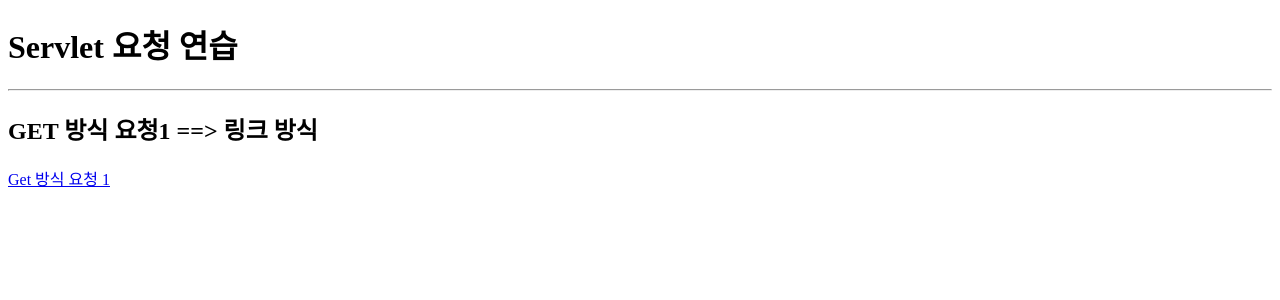
Repository: larlarru/HighJava_study2
Page: servletTest/WebContent/01/doBasicServlet.html
An editor plug-in stored every save of this project. The page is shown before and after the next save, followed by the edit.
The browser window is 1280 px wide. The pictures show the whole page.

Above is the page before, as saved 2020-11-25 07:44:41.

After the next save:
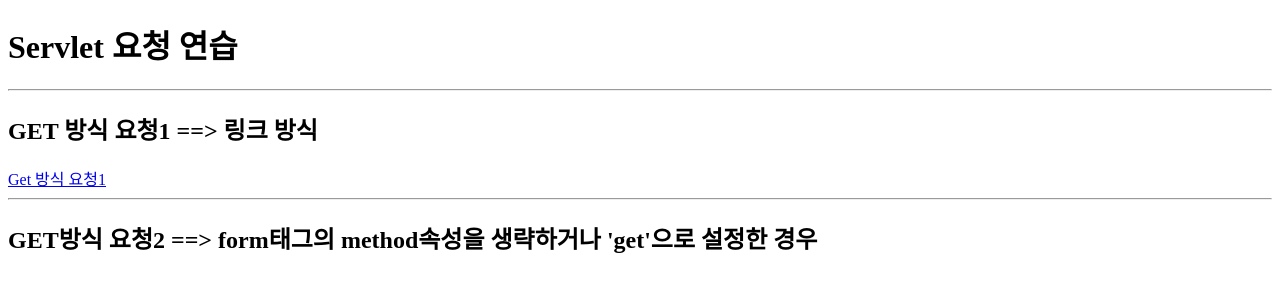
Saved 57 s later.
--- a/servletTest/WebContent/01/doBasicServlet.html
+++ b/servletTest/WebContent/01/doBasicServlet.html
@@ -10,7 +10,10 @@
 	<hr>
 
 	<h2>GET 방식 요청1 ==> 링크 방식</h2>
-	<a href="http://localhost/servletTest/servletTest03.do">Get 방식 요청 1</a>
+	<a href="http://localhost/servletTest/servletTest03.do">Get 방식 요청1</a>
+	<hr>
+
+	<h2>GET방식 요청2 ==> form태그의 method속성을 생략하거나 'get'으로 설정한 경우</h2>
 
 </body>
 </html>
